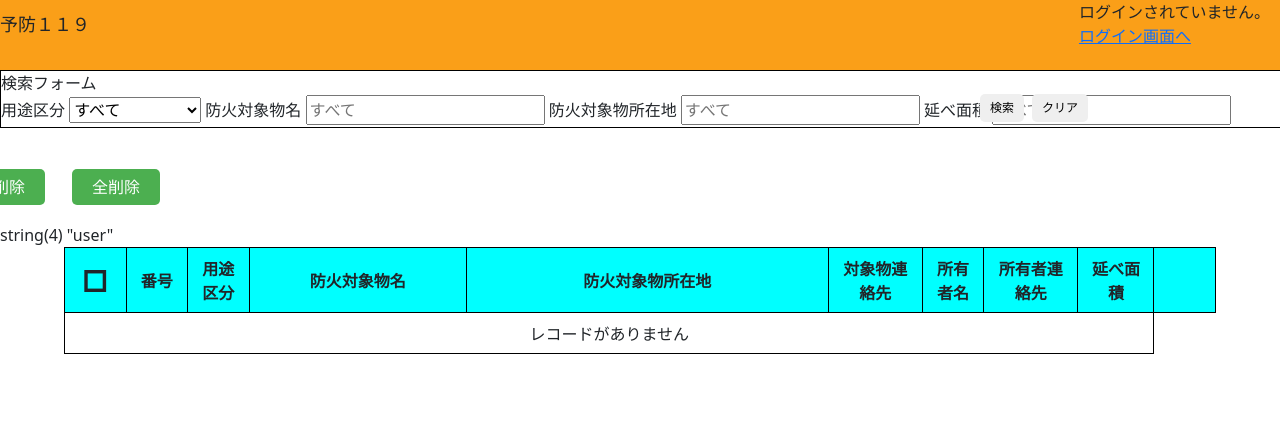
Repository: akarisuki/docker-taishobutu_app
Page: http://localhost/taishobutu_app/taishobutu/taishobutu_index.php
These files come from the project's save history. The page is drawn as it stood at one moment and after the next save; the edit follows.
The browser window is 1280 px wide. The pictures show the whole page.
The page is run by PHP 8.4 with error messages shown; the project is at /var/www/html/. Style sheets and scripts are compiled from the project's sources, by tool versions that may differ from the author's. The database holds what the project's SQL file puts in it.

Above is the page before, as saved 2023-12-23 00:38:52.
Console error: ReferenceError: $ is not defined

### src/taishobutu_app/taishobutu/taishobutu_index.php
<?php
session_start();
session_regenerate_id(true);

require_once '../common/config.php';
include("../common/header.php");
require_once '../common/function.php';
require_once '../common/bettpiyo/bettpiyo_array.php';
require_once '../common/db_operation/db_connect.php';
include("../common/cookie_user.php");

$fire_dept_code = $_SESSION['fire_dept_code'] ?? null;

var_dump($user);

if (isset($_POST['search'])) {
  $_SESSION['search_appendix'] = isset($_POST['search_appendix']) ? (int)$_POST['search_appendix'] : 0;
  $_SESSION['search_taishobutu_name'] = isset($_POST['search_taishobutu_name']) ? $_POST['search_taishobutu_name'] : '';
  $_SESSION['search_taishobutu_address'] = isset($_POST['search_taishobutu_address']) ? $_POST['search_taishobutu_address'] : '';
  $_SESSION['search_total_area'] = isset($_POST['search_total_area']) ? (int)$_POST['search_total_area'] : 0;
} else {
  // 初回のページ表示時の処理
  $fire_dept_code = $_SESSION['fire_dept_code'] ?? null;
}


$search_appendix = isset($_SESSION['search_appendix']) ? $_SESSION['search_appendix'] : 0;
$search_taishobutu_name = isset($_SESSION['search_taishobutu_name']) ? $_SESSION['search_taishobutu_name'] : '';
$search_taishobutu_address = isset($_SESSION['search_taishobutu_address']) ? $_SESSION['search_taishobutu_address'] : '';
$search_total_area = isset($_SESSION['search_total_area']) ? $_SESSION['search_total_area'] : 0;


$sql = "SELECT * FROM taishobutu_main WHERE fire_dept_code = ?";
$bind_param_str = 'i';
$bind_param_arr[] = $fire_dept_code;


if($search_appendix){
  $sql .= " AND appendix = ?";
  $bind_param_str .= 'i';
  $bind_param_arr[] = $search_appendix;
}

if($search_taishobutu_name){
  $sql .= " AND taishobutu_name LIKE ?";
  $bind_param_str .= 's';
  $bind_param_arr[] = '%' . $search_taishobutu_name . '%';
}

if($search_taishobutu_address){
  $sql .= " AND taishobutu_address LIKE ?";
  $bind_param_str .= 's';
  $bind_param_arr[] = '%' . $search_taishobutu_address . '%';
}

if($search_total_area){
  $sql .= " AND total_area = ?";
  $bind_param_str .= 'i';
  $bind_param_arr[] = $search_total_area;
}

try {
  $stmt = $db_host->prepare($sql);

  if ($bind_param_str) {
    $i = 1;
    foreach ($bind_param_arr as $value) {
        $stmt->bindValue($i, $value);  // bindParamからbindValueに変更
        $i++;
    }
  }
  $stmt->execute();
} catch (PDOException $e) {
  echo "エラーが発生しました: " . $e->getMessage();
}

$db_host = null;



?>

<!DOCTYPE html>
<html lang="ja">
<head>
    <meta charset="UTF-8">
    <meta name="viewport"
          content="width=device-width,initial-scale=1.0,
          maximum-scale=1.0, minimum-scale=1.0">
    <meta http-equiv="X-UA-Compatible" content="ie=edge">
    <link rel="stylesheet" href="../common/sass/taishobutu/taishobutu.index.css">
    <link rel="stylesheet" href="../common/sass/common/header.css">
    <!-- Bootstrap CSS -->
    <link href="https://cdn.jsdelivr.net/npm/bootstrap@5.3.0-alpha1/dist/css/bootstrap.min.css" rel="stylesheet" integrity="sha384-KyZXEAg3QhqLMpG8r+Knujsl7/1H7K2VX72Dg5v54x7f8Dv0FFo7l5IqacX5VpG5E" crossorigin="anonymous">
    <!-- Bootstrap JavaScript -->
    <script src="https://cdn.jsdelivr.net/npm/@popperjs/core@2.11.6/dist/umd/popper.min.js" integrity="sha384-oBqDVmMxmnO/x5+X2U6lX4y4/QMzRVjzmV5u1N5w7QJi8LxfLg7jB/079M9CjyfN" crossorigin="anonymous"></script>
    <script src="https://cdn.jsdelivr.net/npm/bootstrap@5.3.0-alpha1/dist/js/bootstrap.min.js" integrity="sha384-cn7l7gDp0eyniUwwAZgrzD06kc/tftFf19TOAs2zVinnD/C7E91j9yyk5//jjpt/" crossorigin="anonymous"></script>
    <script>
      document.addEventListener("DOMContentLoaded", function() {
            setTimeout(function() {
                var flashMessage = document.getElementById('flashMessage');
                if(flashMessage) {
                    flashMessage.style.opacity = '0';
                    setTimeout(function() {
                        flashMessage.style.display = 'none';
                    }, 1000); // 1秒後に非表示
                }
            }, 5000); // 5秒後に透明度を0に
        });
    </script>
    <title>予防１１９</title>
</head>
<body>
  <?php


  if (isset($_SESSION['flash'])) {
    $flash = $_SESSION['flash'];
    echo  "<div id='flashMessage' class='alert alert-{$flash['type']}'>{$flash['message']}</div>";
    $_SESSION['flash'] = null;
  }


  ?>
<div class="form-search">
  <form action="taishobutu_index.php" method="post">
    <tr>
      <th>検索フォーム</th><br/>
      <th>用途区分</th>
      <th><?php include('../common/bettpiyo/bettpiyo_select_search.php'); ?></th>
      <th>防火対象物名</th>
      <td><input type="text" name="search_taishobutu_name" placeholder="すべて" value="<?php if(!empty($search_taishobutu_name)){echo $search_taishobutu_name; }?>"></td>
      <th>防火対象物所在地</th>
      <td><input type="text" name="search_taishobutu_address" placeholder="すべて" value="<?php if(!empty($search_taishobutu_address)){echo $search_taishobutu_address; }?>"></td>
      <th>延べ面積</th>
      <td><input type="text" name="search_total_area" placeholder="すべて"value="<?php if(!empty($search_total_area)){echo $search_total_area; }?>"></td>
      <td><input type="submit" name="search" value="検索"></td>
      <td><input type="button" onclick="clearForm()" value="クリア"></td>
    </tr>
  </form>
</div>

<form action="taishobutu_delete.php" method="post">
  <table class="excel-style">
    <thead>
      <tr>
          <th class="checkbox-top">□</th>
          <th class="code-top">番号</th>
          <th class="appendix-top">用途区分</th>
          <th class="taishobutu_name-top">防火対象物名</th>
          <th class="taishobutu_address-top">防火対象物所在地</th>
          <th class="taishobutu_tel-top">対象物連絡先</th>
          <th class="owner_name-top">所有者名</th>
          <th class="owner_tel-top">所有者連絡先</th>
          <th class="total_area-top">延べ面積</th>
          <th class="edit"></th>
      </tr>
    </thead>
    <tbody>

      <?php
        $result_count = 0;
        while(true) {
          $result = $stmt -> fetch(PDO::FETCH_ASSOC);
          if($result === false) {
              break;
          }
            $result_count++;

            echo "<tr>";
            echo "<td class='checkbox-top'><input type='checkbox' name='codes[]' value='".htmlspecialchars($result['code'])."'></td>";
            echo "<td class='code-top'>".htmlspecialchars($result['code'])."</td>";
            echo "<td class='appendix-top'>".htmlspecialchars($appendix_array[$result['appendix']])."</td>";
            echo "<td class='taishobutu_name-top'><a href='" . BASE_URL . "/taishobutu/datail/taishobutu_show_datail.php?code=" . htmlspecialchars($result['code']) . "'>" . htmlspecialchars($result['taishobutu_name']) . "</a></td>";
            echo "<td class='taishobutu_address-top'>".htmlspecialchars($result['taishobutu_address'])."</td>";
            echo "<td class='taishobutu_tel-top'>".htmlspecialchars($result['taishobutu_tel'])."</td>";
            echo "<td class='owner_name-top'>".htmlspecialchars($result['owners_name'])."</td>";
            echo "<td class='owner_tel-top'>".htmlspecialchars($result['owners_tel'])."</td>";
            echo "<td class='total_area-top'>".htmlspecialchars($result['total_area'])."㎡"."</td>";
            echo "<td class='edit'><a href='" . BASE_URL . "taishobutu/taishobutu_edit.php?code=".htmlspecialchars($result['code'])."'>修正</a></td>";
            echo "</tr>";
        }

        if ($result_count === 0) {
          echo "<tr><td colspan='9'>レコードがありません</td></tr>";
        }


      ?>
    </tbody>
  </table>
  <input type="submit" name="delete" value="選択したレコードを削除" onclick="return confirmDelete();">
</form>
<button type="button" name="delete-all" onclick="handleDeleteAll()">全削除</button>

<?php $db_host = null; ?>


</body>
</html>

### src/taishobutu_app/common/config.php
<?php
// config.php
if ($_SERVER['HTTP_HOST'] == 'localhost:50080' || $_SERVER['HTTP_HOST'] == '127.0.0.1') {
  // 開発環境のURL
  define('BASE_URL', 'http://localhost:50080/taishobutu_app/');
} else {
  // 本番環境のURL
  define('BASE_URL', 'http://firedeptyobou119.com/');
}

?>

### src/taishobutu_app/common/header.php

<header>
  <nav id="navber" class="d-flex align-items-center">
    <div class="title">
      <p>予防１１９</p>
    </div>

    <div class="buttons d-flex justify-content-center">
      <?php if(isset($_SESSION['login'])):?>
        <a href="<?php echo BASE_URL; ?>taishobutu/taishobutu_add.php" class="button">対象物登録</a>
        <a href="<?php echo BASE_URL; ?>taishobutu/taishobutu_index.php" class="button">対象物一覧</a>
      <?php endif; ?>
    </div>

    <div class="user-info">
      <?php if(isset($_SESSION['login']) === false): ?>
        <p>ログインされていません。<br /><a href="<?php echo BASE_URL;?>/login/login.php">ログイン画面へ</a></p>
        <?php
          $dbHost = getenv('DB_HOST');
          $dbUser = getenv('DB_USER');
          $dbPassword = getenv('DB_PASSWORD');
          $dbName = getenv('DB_NAME');

        ?>
      <?php else: ?>
        <p><?= $_SESSION['name'] ?>さんログイン中</p>
        <form action="<?php echo BASE_URL;?>/login/logout.php" method="post">
          <button type="submit" class="button">ログアウト</button>
        </form>
      <?php endif; ?>
    </div>
  </nav>
</header>

### src/taishobutu_app/common/function.php
<!DOCTYPE html>

  <script>
    function clearForm() {
      document.querySelector('input[name="search_taishobutu_name"]').value = '';
      document.querySelector('input[name="search_taishobutu_address"]').value = '';
      document.querySelector('input[name="search_total_area"]').value = '';
      document.querySelector('select[name="search_appendix"]').value = 0;
      document.querySelector('input[name="search"]').click();
    }

    function confirmDelete() {
      return confirm("選択されたレコードを削除してもよろしいですか？");
    }

    function confirmDeleteAll() {
      return confirm("全部のレコードを削除してもよろしいですか？");
    }

    function showConfirmModal(callback) {
        const confirmModal = new bootstrap.Modal(document.getElementById('confirmModal'));
        const confirmButton = document.getElementById('confirmButton');
        const cancelButton = document.querySelector('#confirmModal .btn-secondary');

        confirmButton.addEventListener('click', function () {
          confirmModal.hide();
          callback(true);
          resetModal();
        });
        function resetModal() {
          confirmButton.removeEventListener('click', callback);
          cancelButton.removeEventListener('click', resetModal);
        }

          confirmModal.show();
    }

    function handleDelete() {
      showConfirmModal(function (confirmed) {
        if (confirmed) {
          console.log('削除が確認されました');
          // 削除処理をここで実行します
        } else {
          console.log('削除がキャンセルされました');
        }
      });
    }

    function showAlert(message) {
      alert(message);
    }

    async function handleDeleteAll() {
      const response = confirm('本当に全て削除してよろしいですか？');

      if (response) {
        const form = document.createElement('form');
        form.method = 'POST';
        form.action = 'taishobutu_delete_all.php';

        document.body.appendChild(form);
        form.submit();
      }
    }

    function submitForm(formId) {
      document.getElementById(formId).submit();
    }

    document.addEventListener("DOMContentLoaded", function() {
        setTimeout(function() {
            var flashMessage = document.getElementById('flashMessage');
            if(flashMessage) {
                flashMessage.style.opacity = '0';
                setTimeout(function() {
                    flashMessage.style.display = 'none';
                }, 1000); // 1秒後に非表示
            }
        }, 5000); // 5秒後に透明度を0に
    });

  </script>

  <script>
  $(document).ready(function () {
  let editMode = false;
  let editId = null;

  $(".edit-btn").on("click", function () {
    const id = $(this).data("id");
    editId = id;
    editMode = true;

    const row = $(this).closest("tr");
    const director = row.find("td:eq(1) .display-value").text();
    const name = row.find("td:eq(2) .display-value").text();
    const appointmentDate = row.find("td:eq(3) .display-value").text();
    const firePlanDate = row.find("td:eq(4) .display-value").text();

    $("input[name='fire_safety_manager_director']").val(director);
    $("input[name='fire_safety_manager_name']").val(name);
    $("input[name='appointment_date']").val(appointmentDate);
    $("input[name='fire_plan_date']").val(firePlanDate);

    $("input[name='fire_safety_manager_code']").val(id);
    $("input[type='submit']").val("更新");
  });

  $(".delete-btn").on("click", function () {
    const id = $(this).data("id");

    if (confirm("本当に削除しますか？")) {
      $.post("fire_safety_manager_delete.php", { fire_safety_manager_code: id }, function (data) {
        location.reload();
      });
    }
  });

  $(".existingDataForm").on("submit", function (e) {
    e.preventDefault();

    const url = editMode ? "fire_safety_manager_update.php" : "fire_safety_manager_add.php";
    const formData = $(this).serialize();

    $.post(url, formData, function (data) {
      location.reload();
    });
  });
});

// function toggleValue(checkboxElem) {
//     const hiddenInput = document.getElementById(checkboxElem.id + 'Hidden');
//     if (checkboxElem.checked) {
//         hiddenInput.value = '◯';
//     } else {
//         hiddenInput.value = '×';
//     }
// }
function toggleValue(checkboxElem) {
    const hiddenInput = document.getElementById(checkboxElem.id + 'Hidden');
    const displayLabel = document.getElementById(checkboxElem.id + 'Label');
    if (checkboxElem.checked) {
        hiddenInput.value = '◯';
        displayLabel.innerText = '◯';
    } else {
        hiddenInput.value = '×';
        displayLabel.innerText = '×';
    }
}

document.getElementById("yourFormId").addEventListener("submit", function(e) {
    const inputFields = document.querySelectorAll("input[type='text']"); // 入力フィールドのタイプに合わせて調整してください

    for (const field of inputFields) {
        if (field.value.trim() === "") {
            alert("全てのフィールドを入力してください。");
            e.preventDefault(); // フォームの送信を防ぐ
            return;
        }
    }
});





</script>

</html>

<?php

function appendix_specific($appendix_nuber){
    $tokutei = [1,2,3,4,5,6,7,8,9,10,12,13,14,15,16,17,18,19,20,21,22,23,24,25,26,27,28,31,41,43];
    $hi_tokutei = [11,29,30,32,33,34,35,36,37,38,39,40,42,44,45,46,47,48];

    if(in_array($appendix_nuber,$tokutei)) {
        return "特定防火対象物";
    } elseif(in_array($appendix_nuber,$hi_tokutei)) {
        return "非特定防火対象物";
    }
}




?>

### src/taishobutu_app/common/bettpiyo/bettpiyo_array.php
<?php


$appendix_array = [
    1  => "1項イ",
    2  => "1項ロ",
    3  => "2項イ",
    4  => "2項ロ",
    5  => "2項ハ",
    6  => "2項ニ",
    7  => "3項イ",
    8  => "3項ロ",
    9  => "4項",
    10 => "5項イ",
    11 => "5項ロ",
    12 => "6項イ(1)(ⅰ)",
    13 => "6項イ(1)(ⅱ)",
    14 => "6項イ(2)(ⅰ)",
    15 => "6項イ(2)(ⅱ)",
    16 => "6項イ(3)",
    17 => "6項イ(4)",
    18 => "6項ロ(1)",
    19 => "6項ロ(2)",
    20 => "6項ロ(3)",
    21 => "6項ロ(4)",
    22 => "6項ロ(5)",
    23 => "6項ハ(1)",
    24 => "6項ハ(2)",
    25 => "6項ハ(3)",
    26 => "6項ハ(4)",
    27 => "6項ハ(5)",
    28 => "6項ニ",
    29 => "7項",
    30 => "8項",
    31 => "9項イ",
    32 => "9項ロ",
    33 => "10項",
    34 => "11項",
    35 => "12項イ",
    36 => "12項ロ",
    37 => "13項イ",
    38 => "13項ロ",
    39 => "14項",
    40 => "15項",
    41 => "16項イ",
    42 => "16項ロ",
    43 => "16項の2",
    44 => "16項の3",
    45 => "17項",
    46 => "18項",
    47 => "19項",
    48 => "20項"
];





?>

### src/taishobutu_app/common/db_operation/db_connect.php
<?php

//PDOにてデータベースに接続
try {

    $db_name = 'mysql:dbname=taishobutu;host=db';
    $user = 'user';
    $password = 'pass';
    $driver_options = array(PDO::ATTR_PERSISTENT => true);
    $db_host = new PDO($db_name,$user,$password,$driver_options);
    $db_host->setAttribute(PDO::ATTR_ERRMODE,PDO::ERRMODE_EXCEPTION);


} catch (PDOException $e) {
//データベースへのアクセスが失敗した場合はエラーメッセージを表示
    echo 'ただいま接続障害が発生しております。'.$e->getMessage() . '<br/>恐れ入りますが時間を置いてから再度お試しください。';
    exit;

}



?>

### src/taishobutu_app/common/cookie_user.php
<?php
// check_user.php

if (isset($_COOKIE['userid'])) {
    // クッキーからユーザーIDを取得
    $userid = $_COOKIE['userid'];

    // ユーザーIDを使用してユーザー情報を取得
    $sql = 'SELECT * FROM firedept_staff WHERE code = :userid';
    $stmt = $db_host->prepare($sql);
    $stmt->bindValue(':userid', $userid, PDO::PARAM_INT);
    $stmt->execute();
    $user = $stmt->fetch(PDO::FETCH_ASSOC);

    if ($user) {
        // ユーザーが存在する場合、セッションにユーザー情報を保存
        $_SESSION['id'] = $user['code'];
        $_SESSION['name'] = $user['staff_name'];
        $_SESSION['fire_dept_code'] = $user['fire_dept_code'];
    } else {
        // ユーザーが存在しない場合、クッキーを削除
        setcookie('userid', '', time() - 3600);
    }
}

### src/taishobutu_app/common/bettpiyo/bettpiyo_select_search.php

<select id="selectbox"name="search_appendix">
<?php if (!empty($search_appendix)) { ?>
    <option value="selected"><?php echo $appendix_array[$search_appendix]; ?></option>
  <?php } else { ?>
    <option value="0">すべて</option>
  <?php } ?>
<optgroup label="特定防火対象物">
    <option value="1">１項イ　</option>
    <option value="2">１項ロ　</option>
    <option value="3">2項イ　</option>
    <option value="4">2項ロ　</option>
    <option value="5">2項ハ　</option>
    <option value="6">2項ニ　</option>
    <option value="7">3項イ　</option>
    <option value="8">3項ロ　</option>
    <option value="9"> 4項 　</option>
    <option value="10">5項イ　</option>
    <option value="12">6項イ(1)(ⅰ)</option>
    <option value="13">6項イ(1)(ⅱ)</option>
    <option value="14">6項イ(2)(ⅰ)　</option>
    <option value="15">6項イ(2)(ⅱ)　</option>
    <option value="16">6項イ(3)　</option>
    <option value="17">6項イ(4)　</option>
    <option value="18">6項ロ(1)　</option>
    <option value="19">6項ロ(2)　</option>
    <option value="20">6項ロ(3)　</option>
    <option value="21">6項ロ(4)　</option>
    <option value="22">6項ロ(5)　</option>
    <option value="23">6項ハ(1)　</option>
    <option value="24">6項ハ(2)　</option>
    <option value="25">6項ハ(3)　</option>
    <option value="26">6項ハ(4)　</option>
    <option value="27">6項ハ(5)　</option>
    <option value="28">6項ニ　</option>
    <option value="31">9項イ　</option>
    <option value="41">16項イ　</option>
    <option value="43">16項の2　</option>
</optgroup>
<optgroup label="非特定防火対象物">
    <option value="11">5項ロ　</option>
    <option value="29">7項　　</option>
    <option value="30">8項　　</option>
    <option value="32">9項ロ　</option>
    <option value="33">10項 　</option>
    <option value="34">11項　　</option>
    <option value="35">12項イ　</option>
    <option value="36">12項ロ　</option>
    <option value="37">13項イ　</option>
    <option value="38">13項ロ　</option>
    <option value="39">14項　</option>
    <option value="40">15項　</option>
    <option value="42">16項ロ　</option>
    <option value="44">16項の3　</option>
    <option value="45">17項　</option>
    <option value="46">18項　</option>
    <option value="47">19項　</option>
    <option value="48">20項　</option>
</optgroup>
</select>

### src/taishobutu_app/common/sass/taishobutu/taishobutu.index.scss
body {
  background-color: #6f6f6f;
  font-family: Arial, sans-serif;
  padding-top: 223px;
}

// 検索フォーム
.form-search {
  box-sizing: border-box;

  position: absolute;
  width: 1920px;
  height: 58px;
  left: 0px;
  top: 70px;

  border: 1px solid #000000;
}

input[type="submit"] {
  border: none;
  padding: 5px 10px;
  border-radius: 5px;
  cursor: pointer;
  font-size: 12px;
  position: absolute;
  top:  -27px;
  right: 845px ;
  margin: 50px;
}
input[type="submit"]:hover {
  background-color: #9b9b9b;
}

input[type="button"] {
  border: none;
  padding: 5px 10px;
  border-radius: 5px;
  cursor: pointer;
  font-size: 12px;
  position: absolute;
  top:  -27px;
  right: 781px ;
  margin: 50px;
}
input[type="button"]:hover {
    background-color: #9b9b9b;
}

table {
  padding-top: 200px; /* 適宜調整してください */
}

// レコード一覧
.excel-style {
  border-collapse: collapse;
  margin-left: auto;
  margin-right: auto;
  width: 90%;
  table-layout: fixed;
}
.excel-style th, .excel-style td {
  border: 1px solid #000;
  padding: 8px;
  text-align: center;
}
.excel-style th {
  background-color: #f2f2f2;
  font-weight: bold;
}
.excel-style tr:nth-child(even) {
  background-color: #f2f2f2;
}
/* 以下のセレクタを追加して検索フォームには適用されないようにします */
.form-search .excel-style th, .form-search .excel-style td {
  border: none;
}

.excel-style th {
  background-color: aqua;
}

.checkbox-top {
  font-size: 30px;
  width: 2px;
  text-align: center;
}

.code-top {
  width: 5px;
  text-align: center;
}

.appendix-top {
  width: 14px;
  text-align: center;
}

.taishobutu_name-top {
  width: 60px;
  text-align: center;
}

.taishobutu_address-top {
  width: 100px;
  text-align: center;
}

.taishobutu_tel-top {
  width: 26px;
  text-align: center;
}

.owner_name-top {
  width: 15px;
  text-align: center;
}

.owner_tel-top {
  width: 26px;
  text-align: center;
}

.total_area-top {
  width: 21px;
  text-align: center;
}

.edit {
  width: 3px;
}

input{
  &[name="delete"]{
    background-color: #4CAF50;
    color: #fff;
    border: none;
    padding: 6px 20px;
    border-radius: 5px;
    cursor: pointer;
    font-size: 16px;
    position: absolute;
    top: -286px;
    right:  780px;
    margin: 455px;
      &:hover {
        background-color: #3e8e41;
      }
  }
}

button {
  &[name="delete-all"]{
    background-color: #4CAF50;
    color: #fff;
    border: none;
    padding: 6px 20px;
    border-radius: 5px;
    cursor: pointer;
    font-size: 16px;
    position: absolute;
    top: 169px;
    right: 1120px;
      &:hover {
        background-color: #3e8e41;
      }
  }
}

.alert-success, .alert-error {
  top: -103px;
  left: -5px; /* 左端からの位置を0に設定 */
  width: 100%; /* 幅を100%に設定 */
  padding: 5px;
  border: 1px solid transparent;
  border-radius: 4px;
  position: relative;
  text-align: center;
  transition: opacity 1s ease-out;
}

.alert-success {
  color: #35cb07;
  background-color: #b9e8be;
}

.alert-error {
  color: #ff0000;
  background-color: #ed8b8b;
}

### src/taishobutu_app/common/sass/common/header.scss
header {
  background-color: #FA9F18;
  position: fixed;
  width: 100%;
  height: 70px;
  left: 0px;
  top: 0px;
  z-index: 999;
}

.d-flex {
  display: flex;
}

.align-items-center {
  align-items: center;
}

.justify-content-center {
  justify-content: center;
}

.title {

  font-size: large;
}

.button {
  display: inline-block;
  padding: 10px 20px;
  background-color: #3F69FC;
  color: white;
  text-align: center;
  text-decoration: none;
  font-size: 16px;
  border-radius: 10px;
  border: none;
  cursor: pointer;
  margin-left: 20px; /* ボタン間の間隔を設定 */
}

.user-info {
  margin-left: auto;
  display: flex;
  align-items: center;
  font-size: 16px;
}

.user-info p {
  margin-right: 10px;
}

.user-info form {
  margin: 0;
  padding: 0;
}

.button {
  display: inline-block;
  padding: 10px 20px;
  font-size: 16px;
  font-weight: bold;
  text-align: center;
  color: #fff;
  background-color: #007bff;
  border: none;
  border-radius: 10px;
  cursor: pointer;
}

.button:hover {
  background-color: #0062cc;
}

.button:active {
  background-color: #005cbf;
  box-shadow: none;
}

### taishobutu-database.sql (the tables this page reads)
CREATE TABLE `taishobutu_main` (
  `code` int NOT NULL,
  `fire_dept_code` int NOT NULL,
  `appendix` int NOT NULL,
  `taishobutu_name` varchar(20) CHARACTER SET utf8mb4 COLLATE utf8mb4_unicode_ci NOT NULL,
  `taishobutu_address` text CHARACTER SET utf8mb4 COLLATE utf8mb4_unicode_ci NOT NULL,
  `taishobutu_tel` varchar(20) CHARACTER SET utf8mb4 COLLATE utf8mb4_unicode_ci NOT NULL,
  `owners_name` varchar(20) CHARACTER SET utf8mb4 COLLATE utf8mb4_unicode_ci NOT NULL,
  `owners_tel` varchar(20) CHARACTER SET utf8mb4 COLLATE utf8mb4_unicode_ci NOT NULL,
  `total_area` float NOT NULL
) ENGINE=InnoDB DEFAULT CHARSET=utf8mb4 COLLATE=utf8mb4_0900_ai_ci;

INSERT INTO `taishobutu_main` (`code`, `fire_dept_code`, `appendix`, `taishobutu_name`, `taishobutu_address`, `taishobutu_tel`, `owners_name`, `owners_tel`, `total_area`) VALUES
(11, 1, 40, '浜中消防署', '浜中町霧多布西1条1丁目23番地', '0153-62-2150', '高野弘', '080-4048-6712', 500),
(14, 2, 9, '居合地位', '浜中町茶内若葉３丁目', '0153-62-2150', '石崎史典', '080-4048-6712', 4321),
(20, 1, 1, '茶内コミュニティセンター', '浜中町霧多布西1条1丁目23番地', '0153-62-2150', '石崎史典', '', 1500);

ALTER TABLE `taishobutu_main`
  ADD PRIMARY KEY (`code`);

ALTER TABLE `taishobutu_main`
  MODIFY `code` int NOT NULL AUTO_INCREMENT, AUTO_INCREMENT=21;

After the next save:
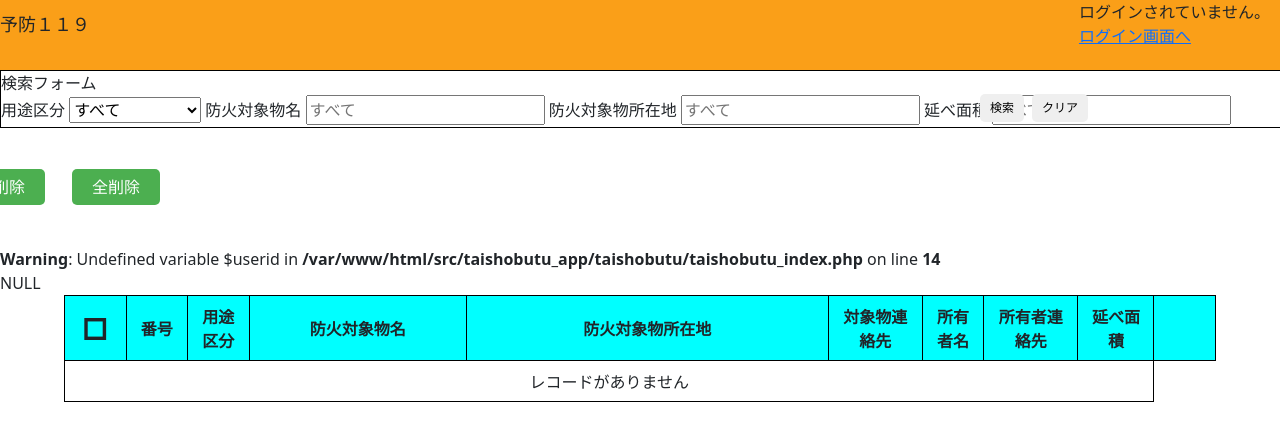
Saved 37 s later.
--- a/src/taishobutu_app/taishobutu/taishobutu_index.php
+++ b/src/taishobutu_app/taishobutu/taishobutu_index.php
@@ -11,7 +11,7 @@ include("../common/cookie_user.php");
 
 $fire_dept_code = $_SESSION['fire_dept_code'] ?? null;
 
-var_dump($user);
+var_dump($userid);
 
 if (isset($_POST['search'])) {
   $_SESSION['search_appendix'] = isset($_POST['search_appendix']) ? (int)$_POST['search_appendix'] : 0;
